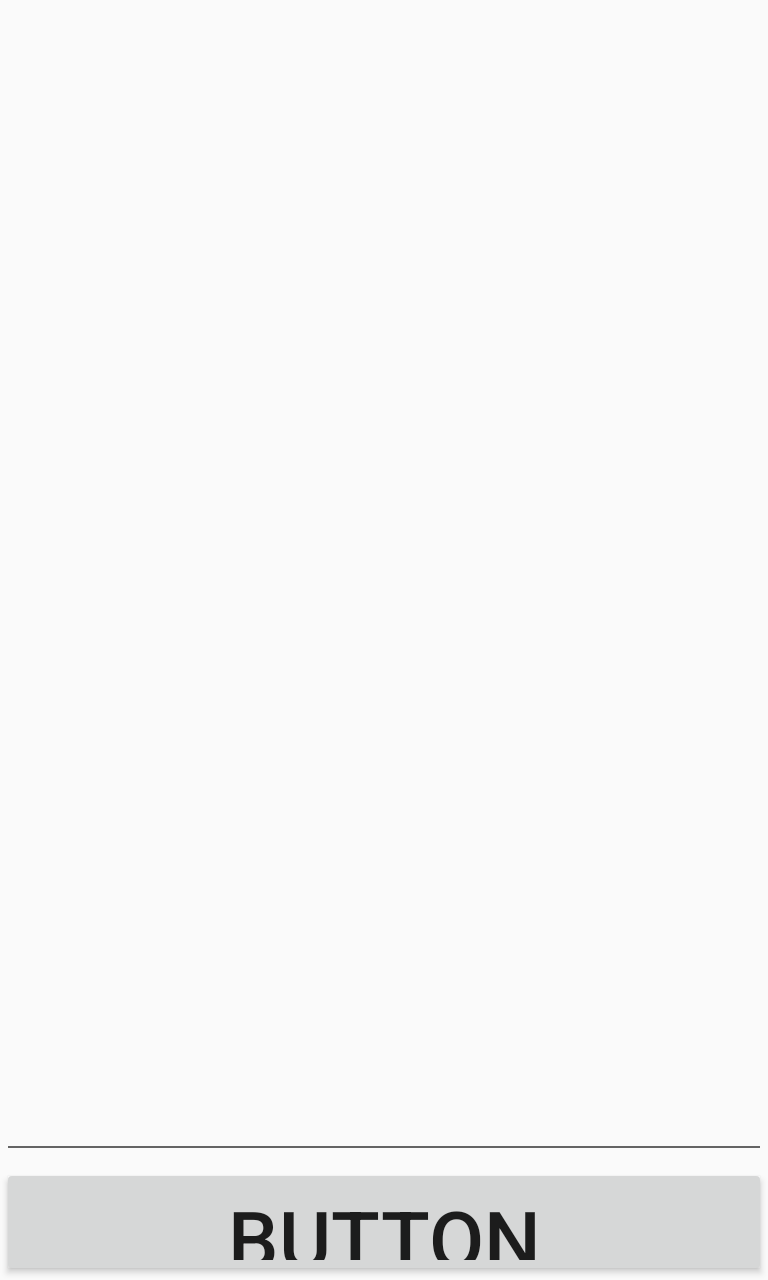
Repository: harsha20011992/Android-Projects
Layout: NotePadLatest/res/layout/fragmentnotes.xml
The author's editor kept a copy of each file at every save. The layout is drawn from the files as they stood at one save, then again after the next save.
It is drawn on a 768 x 1280 px phone screen (xhdpi) without system bars, with theme AppTheme; the app's code is not run.

Above is the layout before, as saved 2014-10-13 19:42:00.

After the next save:
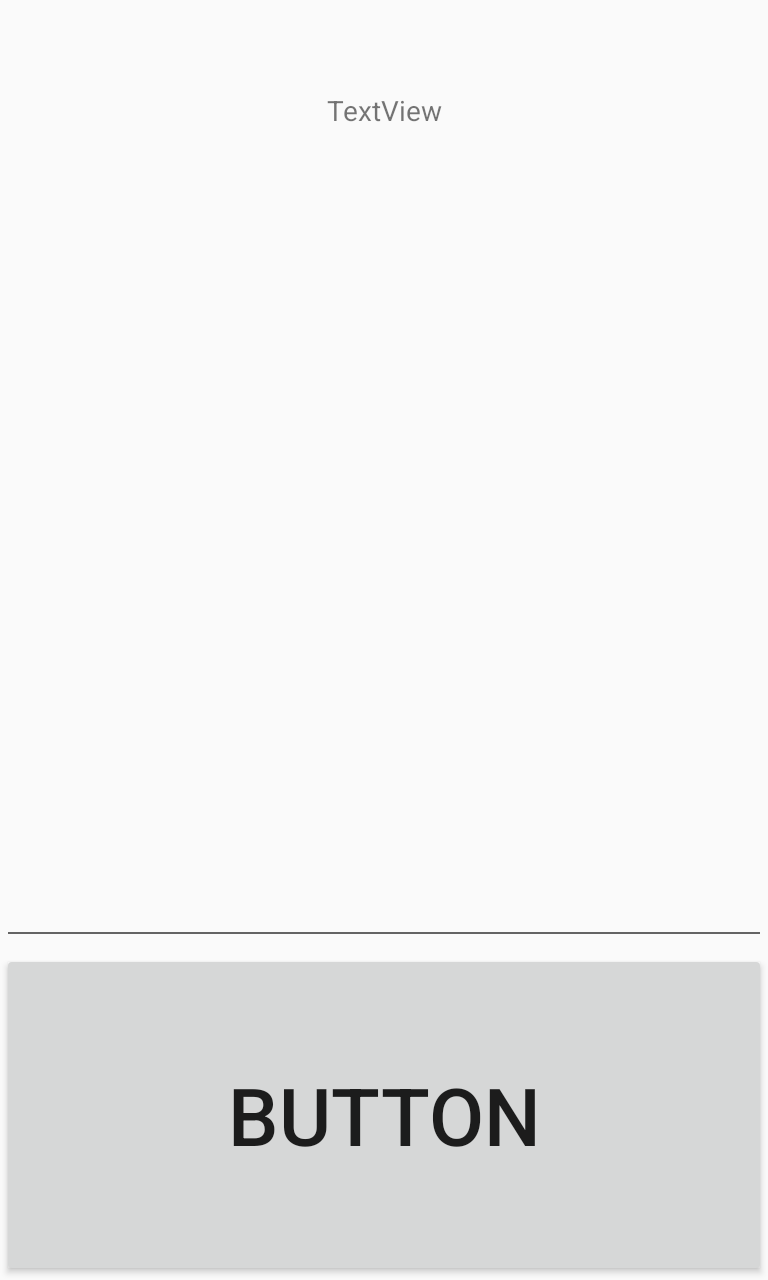
Saved 51 s later.
--- a/NotePadLatest/res/layout/fragmentnotes.xml
+++ b/NotePadLatest/res/layout/fragmentnotes.xml
@@ -15,7 +15,7 @@
     <EditText
         android:id="@+id/notepadtext"
         android:layout_width="match_parent"
-        android:layout_height="match_parent"
+        android:layout_height="0dp"
         android:layout_weight="8">
 
 
